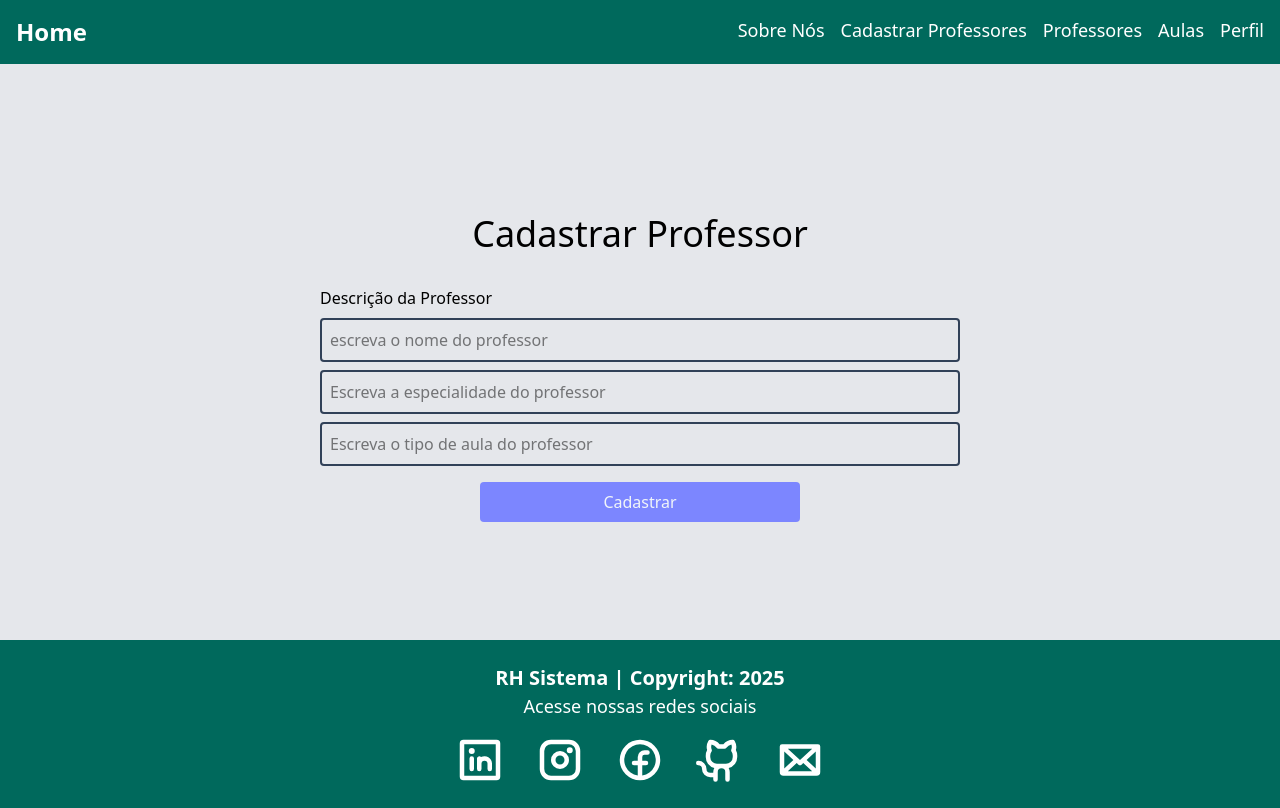
Repository: Projeto-Integrador01/burning-gym-front
Page: /cadastrarprofessor
An editor plug-in stored every save of this project. The page is shown before and after the next save, followed by the edit.
The browser window is 1280 px wide. The pictures show the whole page.
The project was rebuilt for these pictures with package versions that can differ from the ones it lists, and the page was loaded fresh each time. Also part of the build but not shown: vite.config.ts, src/pages/home/Home.tsx, src/pages/sobrenos/SobreNos.tsx, src/components/professor/cardprofessor/CardProfessor.tsx, src/components/professor/listaprofessor/ListaProfessor.tsx.

Above is the page before, as saved 2025-02-26 14:52:39.

### src/App.tsx
import { BrowserRouter, Routes, Route } from "react-router-dom";
import Navbar from "./components/navbar/Navbar";
import Footer from "./components/footer/Footer";
import Home from "./pages/home/Home";
import SobreNos from "./pages/sobrenos/SobreNos";
import ListaProfessor from "./components/professor/listaprofessor/ListaProfessor";
import FormProfessor from "./components/professor/formprofessor/FormProfessor";


function App() {
  return (
    <BrowserRouter>
      <Navbar />
      <div className="min-h-[80vh] flex flex-col items-center justify-center bg-gray-200">
        <Routes>
          <Route path="/home" element={<Home />} />
          <Route path="/home" element={<SobreNos />} />
          <Route path="/professores" element={<ListaProfessor/>}/>
          <Route path="/cadastrarprofessor" element={<FormProfessor/>}/>
        </Routes>
      </div>
      <Footer />
    </BrowserRouter>
  );
}

export default App;

### src/components/navbar/Navbar.tsx
import { Link } from "react-router-dom";

function Navbar() {
  return (
    <div className="w-full text-white flex justify-center py-4 bg-[rgb(0,105,92)] px-4">
      <div className="container flex justify-between text-lg">
        <Link to="/home" className="text-2xl font-bold text-white hover:text-gray-300">
          Home
        </Link>

        <div className="flex gap-4">
          <Link to="/sobre" className="text-white hover:text-gray-300">
            Sobre Nós
          </Link>
          <Link to="/cadastrarprofessor" className=" hover:text-gray-300">
            Cadastrar Professores
          </Link>
          <Link to="/professores" className=" hover:text-gray-300">
            Professores
          </Link>
          <Link to="/aulas" className=" hover:text-gray-300">
            Aulas
          </Link>
          <Link to="/perfil" className=" hover:text-gray-300">
            Perfil
          </Link>
        </div>
      </div>
    </div>
  );
}

export default Navbar;

### src/components/footer/Footer.tsx
import {
    FacebookLogo,
    GithubLogo,
    InstagramLogo,
    LinkedinLogo,
  } from "@phosphor-icons/react";
  import { Envelope } from "@phosphor-icons/react/dist/ssr";

  function Footer() {
    const data = new Date().getFullYear();

    return (
      <div className="bg-[rgb(0,105,92)] text-white">
        <div className="container mx-auto py-6 flex flex-col items-center">
          <p className="text-xl font-bold text-center">
            RH Sistema | Copyright: {data}
          </p>
          <p className="text-lg text-center mb-4">Acesse nossas redes sociais</p>
          <div className="flex gap-8 justify-center">
            <LinkedinLogo size={48} weight="bold" className= "hover:scale-110 hover:text-[#0077B5] transition-transform duration-300"/>
            <InstagramLogo size={48} weight="bold" className= "hover:scale-110 hover:text-[#E4405F] transition-transform duration-300"/>
            <FacebookLogo size={48} weight="bold" className= "hover:scale-110 hover:text-[#1877F2] transition-transform duration-300" />
            <a href="https://github.com/Projeto-Integrador01" target="_blank">
            <GithubLogo size={48} weight="bold" className= "hover:scale-110 hover:text-[#181717] transition-transform duration-300" /></a>
            <a href="mailto:grupo1generation79@gmail.com?subject=Assunto%20do%20email&body=Mensagem%20aqui" target="_blank">
            <Envelope size={48} weight="bold" className= "hover:scale-110 hover:text-[#D93025] transition-transform duration-300" /></a>
          </div>
        </div>
      </div>
    );
  }

  export default Footer;

### src/components/professor/formprofessor/FormProfessor.tsx
import { ChangeEvent, useEffect, useState } from "react";
import { useNavigate, useParams } from "react-router-dom";
import { Professor } from "../../../models/Professor";
import { atualizar, buscar, cadastrar } from "../../../services/Service";



function FormProfessor(){
    const navigate = useNavigate();

    const[professor, setProfessor] = useState<Professor>({} as Professor);

    const [isLoading, setIsloading] = useState<boolean>(false)

    const { id } = useParams<{id: string}>();



    async function buscarPorId(id: string) {
        try {
          await buscar(`/professor/${id}`, setProfessor);
        } catch (error: any) {
          alert("Erro ao buscar por id");
        }
      }


      useEffect(() => {
        if (id !== undefined) {
          buscarPorId(id);
        }
      }, [id]);


      function atualizarEstado(e: ChangeEvent<HTMLInputElement>) {
        setProfessor({
          ...professor,
          [e.target.name]: e.target.value,
        });
      }

      function retornar() {
        navigate("/");
      }


      async function gerarNovoProfessor(e: ChangeEvent<HTMLFormElement>) {
        e.preventDefault();

        setIsloading(true);



        if (id !== undefined) {
          try {
            await atualizar(`/professor`, professor, setProfessor);
            alert("Professor foi atualizado com sucesso!");
          } catch (error: any) {
            if (error.toString().includes("403")) {
            } else {
              alert("Erro ao atualizar a catergoria!");
            }
          }
        } else {
          try {
            await cadastrar(`/professor`, professor, setProfessor);
            alert("Professor cadastrado com sucesso!");
          } catch (error: any) {
            if (error.toString().includes("403")) {
              alert("Erro ao cadastrar");
            } else {
              alert("Erro ao cadastrar o professor!");
            }
          }
        }

        setIsloading(false);
        retornar();
      }

      return (
        <div className="container flex flex-col items-center justify-center mx-auto">
          <h1 className="text-4xl text-center my-8">
            {id ? "Atualizar Professor" : "Cadastrar Professor"}
          </h1>

          <form
            onSubmit={gerarNovoProfessor}
            className="w-1/2 flex flex-col gap-4"
          >
            <div className="flex flex-col gap-2">
              <label htmlFor="descricao">Descrição da Professor</label>
              <input
                type="text"
                name="nome"
                value={professor.nome || ""}
                onChange={atualizarEstado}
                placeholder="escreva o nome do professor"
                className="border-2 border-slate-700 rounded p-2"
              />
               <input
                type="text"
                name="especialidade"
                value={professor.especialidade || ""}
                onChange={atualizarEstado}
                placeholder="Escreva a especialidade do professor"
                className="border-2 border-slate-700 rounded p-2"
              />
              <input
                type="text"
                name="aula"
                value={professor.aula?.tipoAula ?? ""}
                onChange={atualizarEstado}
                placeholder="Escreva o tipo de aula do professor"
                className="border-2 border-slate-700 rounded p-2"
              />
            </div>

            <button
              className="rounded text-slate-100 bg-indigo-400 hover:bg-indigo-800 w-1/2 py-2 mx-auto flex justify-center"
              type="submit"
            >
              {isLoading ? "Carregando..." : id ? "Atualizar" : "Cadastrar"}
            </button>
          </form>
        </div>
      );

}

export default FormProfessor;

### src/services/Service.ts
import axios from "axios";

const api = axios.create({
  baseURL: "https://burning-gym.onrender.com/",
});

export const buscar = async (url: string, setDados: Function) => {
  const resposta = await api.get(url);
  setDados(resposta.data);
};

export const cadastrar = async (
  url: string,
  dados: object,
  setDados: Function
) => {
  const resposta = await api.post(url, dados);
  setDados(resposta.data);
};

export const atualizar = async (
  url: string,
  dados: object,
  setDados: Function
) => {
  const resposta = await api.put(url, dados);
  setDados(resposta.data);
};

export const deletar = async (url: string) => {
  await api.delete(url);
};

Loaded but not shown: index.html (common file); src/main.tsx (common file); src/index.css (common file)

After the next save:
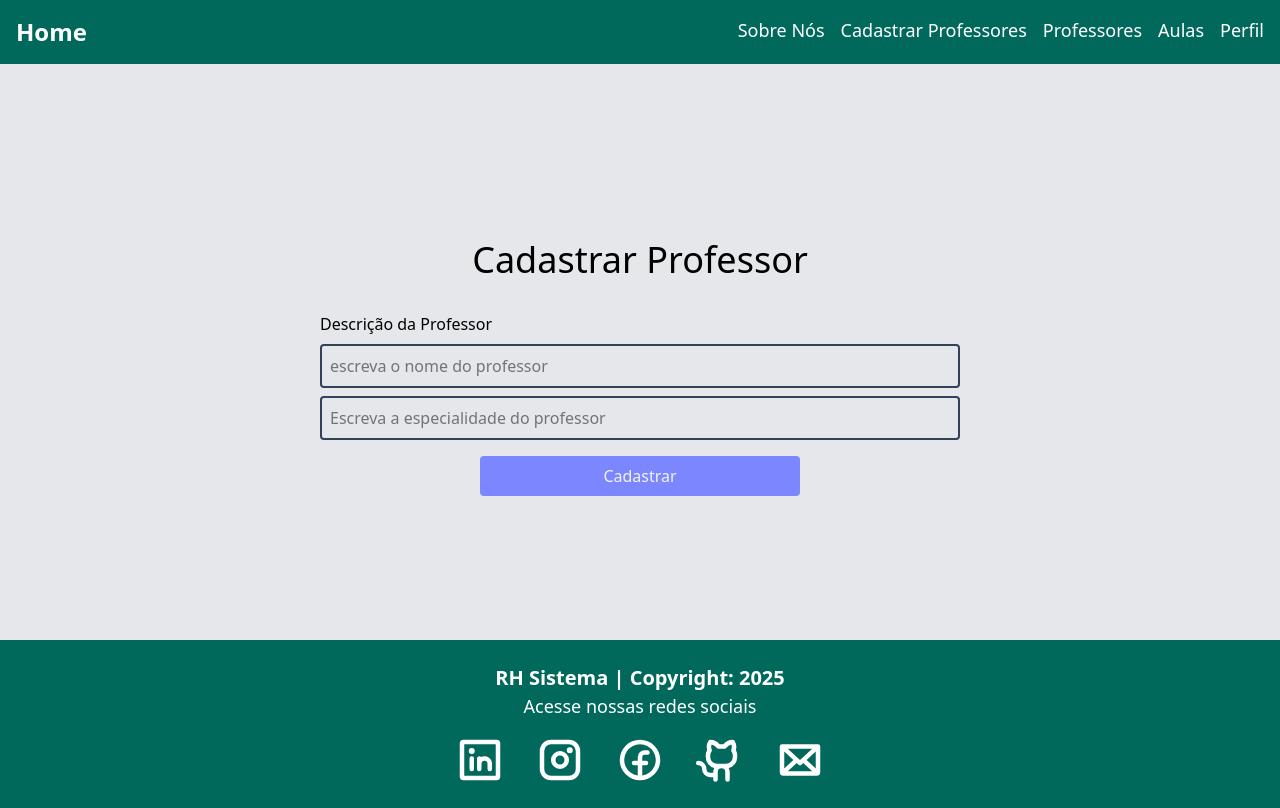
Saved 15 min 14 s later.
--- a/src/components/professor/formprofessor/FormProfessor.tsx
+++ b/src/components/professor/formprofessor/FormProfessor.tsx
@@ -106,14 +106,6 @@ function FormProfessor(){
                 placeholder="Escreva a especialidade do professor"
                 className="border-2 border-slate-700 rounded p-2"
               />
-              <input
-                type="text"
-                name="aula"
-                value={professor.aula?.tipoAula ?? ""}
-                onChange={atualizarEstado}
-                placeholder="Escreva o tipo de aula do professor"
-                className="border-2 border-slate-700 rounded p-2"
-              />
             </div>
 
             <button
